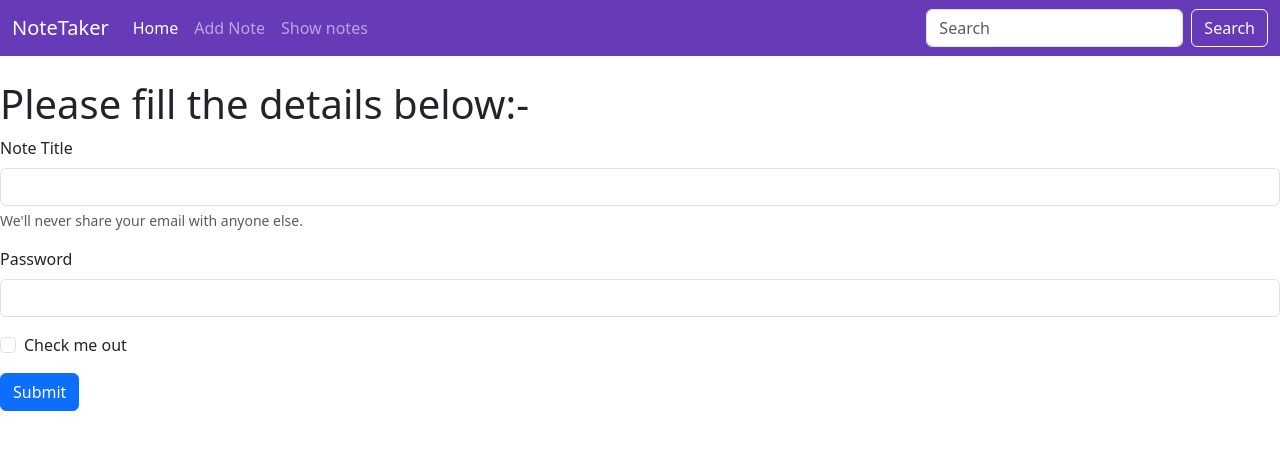
Repository: smritihbtu/Note-Maker
Page: http://localhost/NoteTaker/add_notes.jsp
An editor plug-in stored every save of this project. The page is shown before and after the next save, followed by the edit.
The browser window is 1280 px wide. The pictures show the whole page.
The page is served by Tomcat 9. Other server files are loaded and not shown.

Above is the page before, as saved 2023-08-20 06:50:38.

### NoteTaker/src/main/webapp/add_notes.jsp
<%@ page language="java" contentType="text/html; charset=ISO-8859-1"
    pageEncoding="ISO-8859-1"%>
<!DOCTYPE html>
<html>
<head>
<meta charset="ISO-8859-1">
<meta charset="utf-8">
    <meta name="viewport" content="width=device-width, initial-scale=1">
    <title>Bootstrap demo</title>
    <link rel="stylesheet" href="css/style.css" />
  <link href="https://cdn.jsdelivr.net/npm/bootstrap@5.3.1/dist/css/bootstrap.min.css" rel="stylesheet" integrity="sha384-4bw+/aepP/YC94hEpVNVgiZdgIC5+VKNBQNGCHeKRQN+PtmoHDEXuppvnDJzQIu9" crossorigin="anonymous">

<title>Insert title here</title>
</head>
<body>
<div class="container-fluid p-0 m-0">
<%@include file="navbar.jsp" %>
</div>
<br>
<h1>Please fill the details below:-</h1>

<!-- form added  -->

<form action="SaveNoteServlet" method="post" >
  <div class="mb-3">
    <label for="title" class="form-label">Note Title</label>
    <input type="text" class="form-control" id="title" aria-describedby="emailHelp">
    <div id="emailHelp" class="form-text">We'll never share your email with anyone else.</div>
  </div>
  <div class="mb-3">
    <label for="exampleInputPassword1" class="form-label">Password</label>
    <input type="password" class="form-control" id="exampleInputPassword1">
  </div>
  <div class="mb-3 form-check">
    <input type="checkbox" class="form-check-input" id="exampleCheck1">
    <label class="form-check-label" for="exampleCheck1">Check me out</label>
  </div>
  <button type="submit" class="btn btn-primary">Submit</button>
</form>

</body>
</html>

### NoteTaker/src/main/webapp/navbar.jsp
<nav class="navbar navbar-expand-lg navbar-dark purple">
  <div class="container-fluid">
    <a class="navbar-brand" href="#">NoteTaker</a>
    <button class="navbar-toggler" type="button" data-bs-toggle="collapse" data-bs-target="#navbarSupportedContent" aria-controls="navbarSupportedContent" aria-expanded="false" aria-label="Toggle navigation">
      <span class="navbar-toggler-icon"></span>
    </button>
    <div class="collapse navbar-collapse" id="navbarSupportedContent">
      <ul class="navbar-nav me-auto mb-2 mb-lg-0">
        <li class="nav-item">
          <a class="nav-link active" aria-current="page" href="index.jsp">Home</a>
        </li>
        <li class="nav-item">
          <a class="nav-link" href="add_notes.jsp">Add Note</a>
        </li>

        <li class="nav-item">
          <a class="nav-link " href="all_notes.jsp">Show notes</a>
        </li>
      </ul>
      <form class="d-flex" role="search">
        <input class="form-control me-2" type="search" placeholder="Search" aria-label="Search">
        <button class="btn btn-outline-light" type="submit">Search</button>
      </form>
    </div>
  </div>
</nav>
</html>

### NoteTaker/src/main/webapp/css/style.css
.purple{
	background :#673ab7;
}
/* .container{
	background-color: red;
} */

After the next save:
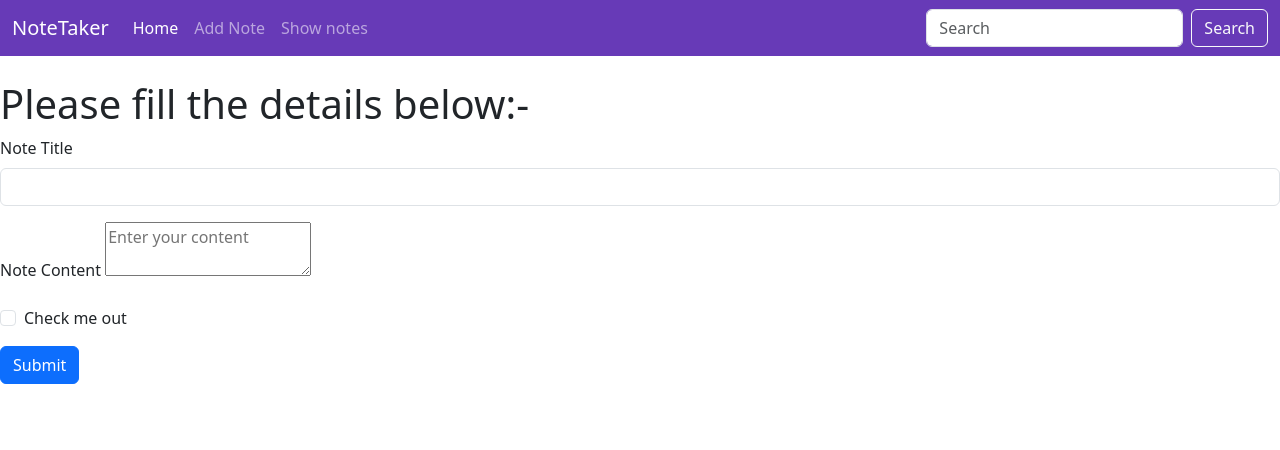
Saved 2 min 56 s later.
--- a/NoteTaker/src/main/webapp/add_notes.jsp
+++ b/NoteTaker/src/main/webapp/add_notes.jsp
@@ -25,11 +25,12 @@
   <div class="mb-3">
     <label for="title" class="form-label">Note Title</label>
     <input type="text" class="form-control" id="title" aria-describedby="emailHelp">
-    <div id="emailHelp" class="form-text">We'll never share your email with anyone else.</div>
   </div>
+
   <div class="mb-3">
-    <label for="exampleInputPassword1" class="form-label">Password</label>
-    <input type="password" class="form-control" id="exampleInputPassword1">
+    <label for="exampleInputPassword1" class="form-label">Note Content</label>
+    <textarea id="content" placeholder= "Enter your content"
+    class="formcontrol"></textarea>
   </div>
   <div class="mb-3 form-check">
     <input type="checkbox" class="form-check-input" id="exampleCheck1">
